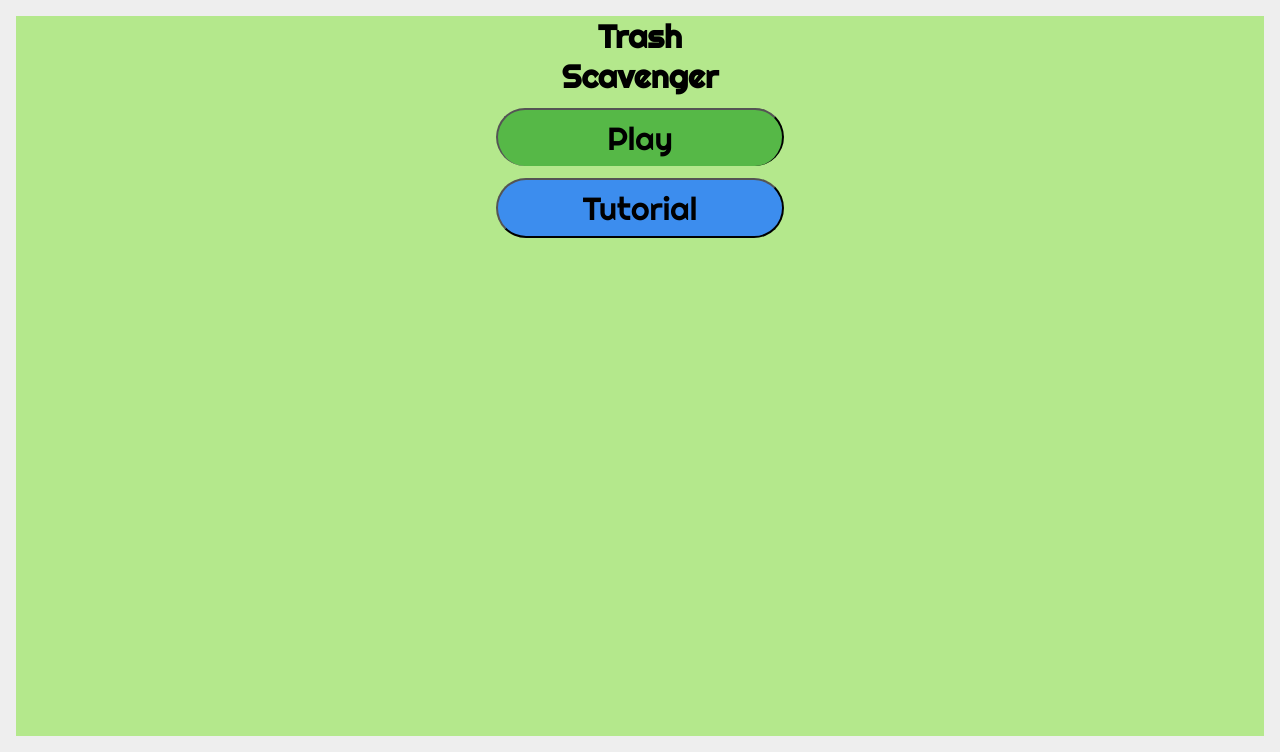
Repository: alemunden/Trash-Scavengers
Page: /QuizBegin
These files come from the project's save history. The page is drawn as it stood at one moment and after a run of saves; the edit follows.
The browser window is 1280 px wide. The pictures show the whole page.
The project was rebuilt for these pictures with package versions that can differ from the ones it lists, and the page was loaded fresh each time. The framework's server and built-in components were replaced by stand-ins that run in the browser. Also part of the build but not shown: next.config.mjs.

Above is the page before, as saved 2024-04-07 19:41:54.

After the next 2 saves:
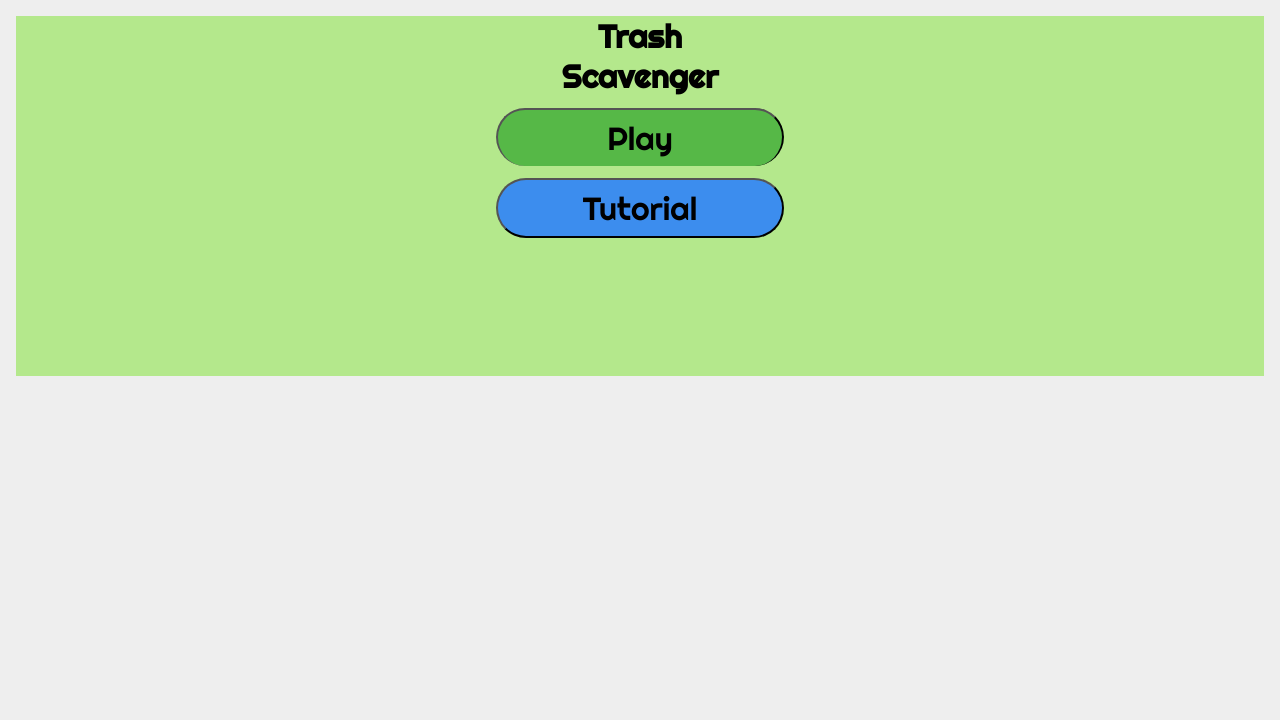
The 2 saves are shown as one change because they came seconds apart.
The last was saved 10 s later.
--- a/styles/QuizBegin.module.css
+++ b/styles/QuizBegin.module.css
@@ -1,6 +1,6 @@
 .background {
     background-color: var(--light-green);
-    height: 100vh;
+    height: 50vh;
 }
 
 .main {
